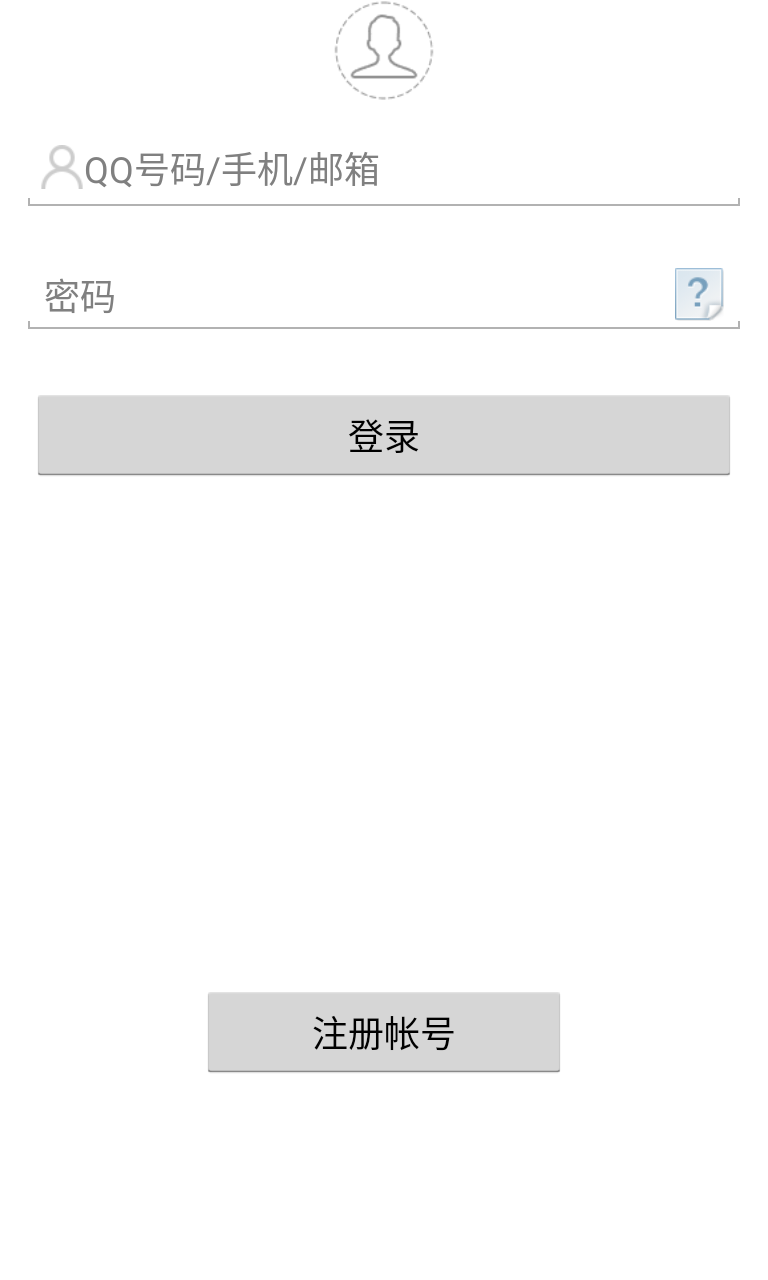
Repository: JDLINLC/android-dev
Layout: ModifyQQ/res/layout/main_activity.xml
An editor plug-in stored every save of this project. The layout is shown before and after the next save, followed by the edit.
It is drawn on a 768 x 1280 px phone screen (xhdpi) without system bars, with theme AppTheme; the app's code is not run.

Above is the layout before, as saved 2015-04-23 09:51:36.

### ModifyQQ/res/layout/main_activity.xml
<?xml version="1.0" encoding="utf-8"?>
<RelativeLayout xmlns:android="http://schemas.android.com/apk/res/android"
    android:layout_width="match_parent"
    android:layout_height="match_parent">



   <ImageView
        android:id="@+id/image_view"
        android:layout_width="match_parent"
        android:layout_height="wrap_content"
        android:layout_alignParentTop="true"
        android:src="@drawable/hg"
        />
    <EditText
        android:id="@+id/edit1_text"
        android:layout_height="wrap_content"
        android:layout_width="match_parent"
        android:layout_below="@id/image_view"
        android:padding="10dip"
        android:layout_margin="10dip"
        android:drawableLeft="@drawable/a"
        android:hint="QQ号码/手机/邮箱"
        />

    	<EditText
        	android:id="@+id/edit2_text"
        	android:layout_height="wrap_content"
        	android:layout_width="match_parent"
        	android:layout_below="@id/edit1_text"
        	android:layout_margin="10dip"
        	android:hint="密码"
        	android:drawableRight="@drawable/ara"
        	android:inputType="textPassword"
        	/>
    <Button
        android:id="@+id/button_1"
        android:layout_height="wrap_content"
        android:layout_width="match_parent"
        android:layout_below="@id/edit2_text"
        android:layout_span="2"
        android:layout_margin="15dip"
        android:padding="2dip"
        android:text="登录"
        />
    <Button
        android:id="@+id/button_2"
        android:layout_width="match_parent"
        android:layout_height="wrap_content"
		android:layout_alignParentBottom="true"
		android:layout_margin="100dip"
        android:text="注册帐号"/>



</RelativeLayout>

Loaded but not shown: ModifyQQ/res/values/styles.xml (common file); ModifyQQ/res/values-v11/styles.xml (common file); ModifyQQ/res/values-v14/styles.xml (common file)

After the next save:
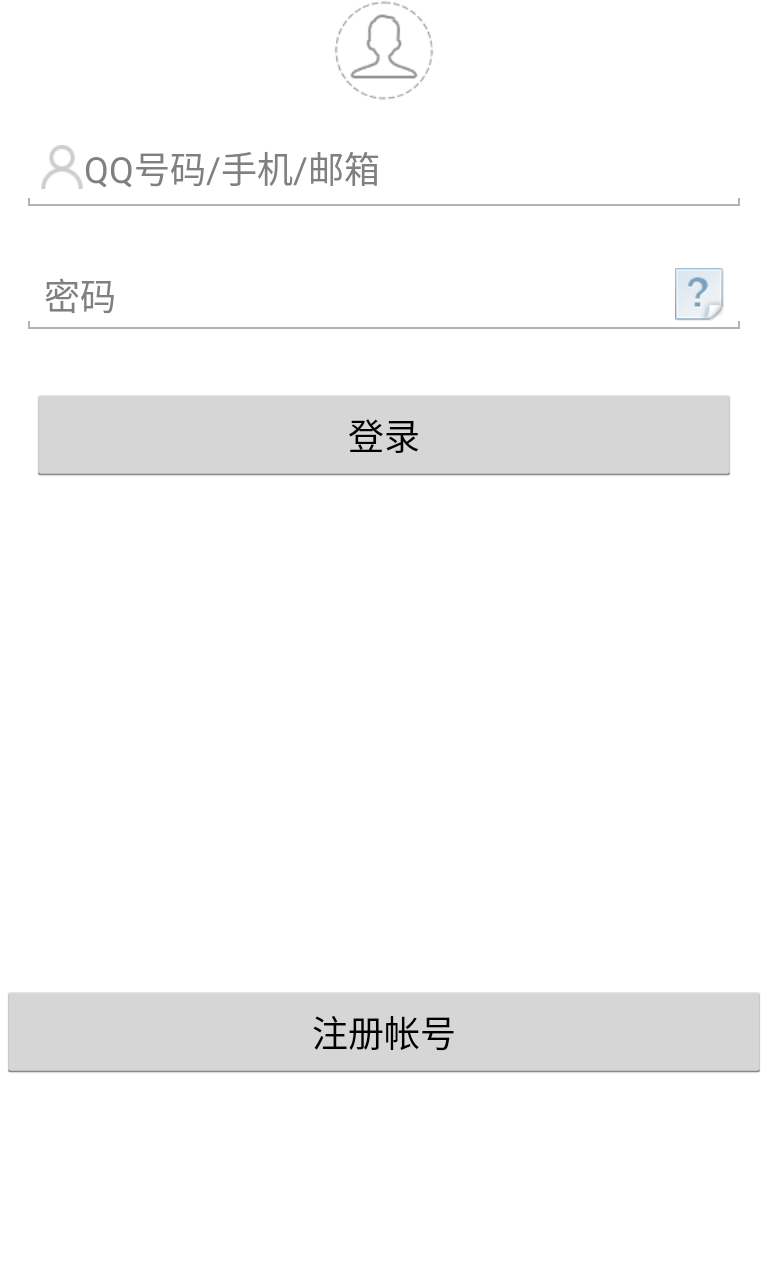
Saved 54 s later.
--- a/ModifyQQ/res/layout/main_activity.xml
+++ b/ModifyQQ/res/layout/main_activity.xml
@@ -48,7 +48,7 @@
         android:layout_width="match_parent"
         android:layout_height="wrap_content"
 		android:layout_alignParentBottom="true"
-		android:layout_margin="100dip"
+		android:layout_marginBottom="100dip"
         android:text="注册帐号"/>
 
 

After the save that followed:
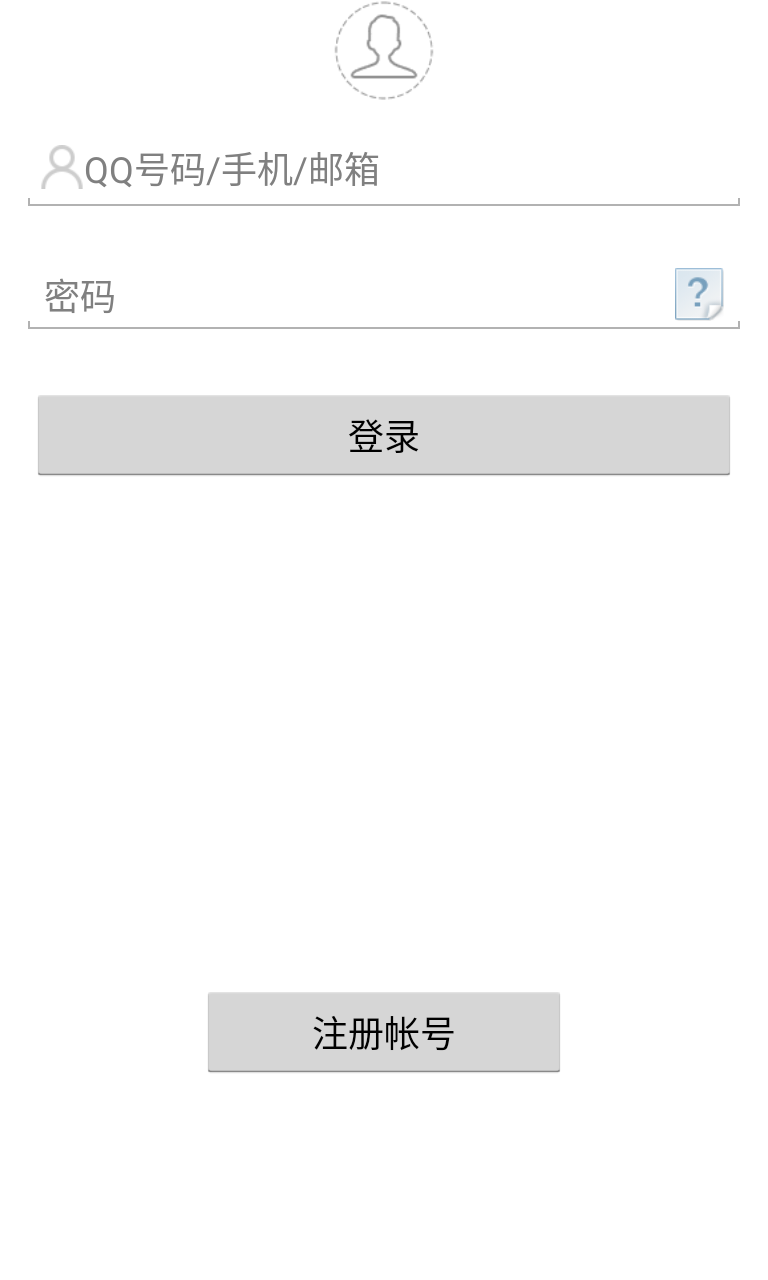
Saved 48 s later.
--- a/ModifyQQ/res/layout/main_activity.xml
+++ b/ModifyQQ/res/layout/main_activity.xml
@@ -48,7 +48,8 @@
         android:layout_width="match_parent"
         android:layout_height="wrap_content"
 		android:layout_alignParentBottom="true"
-		android:layout_marginBottom="100dip"
+		android:padding="10dip"
+		android:layout_margin="100dip"
         android:text="注册帐号"/>
 
 
